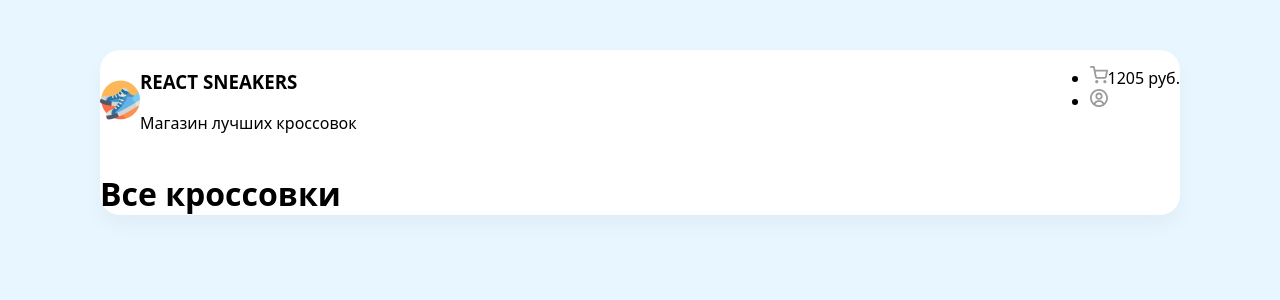
Repository: VaheHarutyunyan/react-sneakers
Page: /
An editor plug-in stored every save of this project. The page is shown before and after the next save, followed by the edit.
The browser window is 1280 px wide. The pictures show the whole page.
The project was rebuilt for these pictures with package versions that can differ from the ones it lists, and the page was loaded fresh each time.

Above is the page before, as saved 2021-07-22 12:15:42.

After the next save:
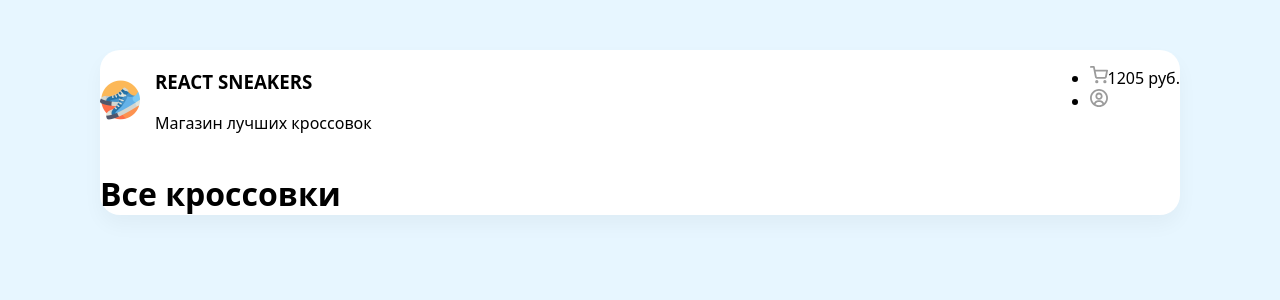
Saved 30 min 3 s later.
--- a/src/index.scss
+++ b/src/index.scss
@@ -19,6 +19,10 @@
   .headerLeft{
     display: flex;
     align-items: center;
+
+    img{
+      margin-right: 15px;
+    }
   }
   .headerRight{
 
